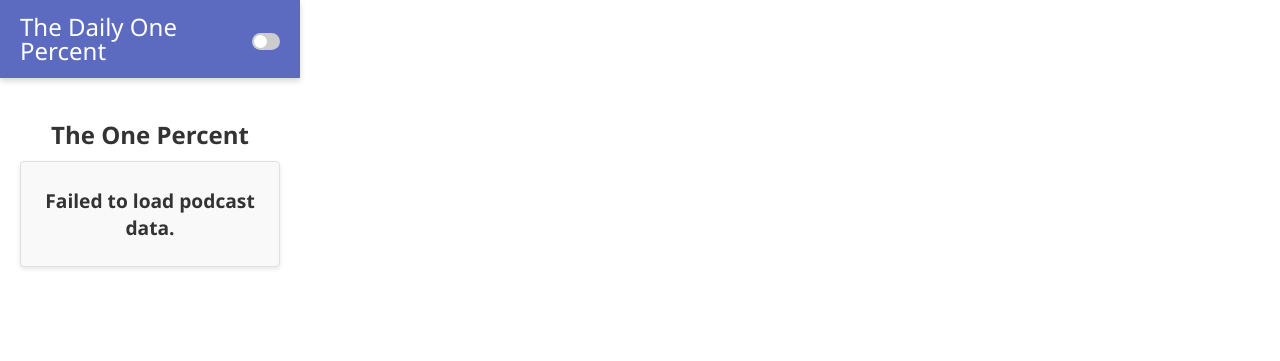
Repository: fechinmitchell/thedailyonepercent
Page: popup.html
The author's editor kept a copy of each file at every save. The page is drawn from the files as they stood at one save, then again after the next save.
The browser window is 1280 px wide. The pictures show the whole page.
The page's requests for data from a server got no answer.

Above is the page before, as saved 2023-12-22 11:08:51.

### popup.html
<!DOCTYPE html>
<html lang="en">
<head>
  <meta charset="UTF-8">
  <title>The Daily One Percent Extension</title>
  <link rel="stylesheet" type="text/css" href="popup.css">
</head>
<body>
  <!-- Header section with title and dark mode toggle -->
  <div class="header">
    <h1>The Daily One Percent</h1>
    <div class="toggle-switch">
      <input type="checkbox" id="dark-mode-checkbox" class="checkbox">
      <label class="slider round" for="dark-mode-checkbox"></label>
    </div>
  </div>

  <!-- Main content section -->
  <div class="content">
    <!-- Heading for the podcast points -->
    <h2 class="section-heading">The One Percent</h2>

    <!-- Podcast card content -->
    <div id="podcast-card">
      <!-- Podcast image -->
      <!-- Podcast title and points -->
      <div id="podcast"></div>
      <div id="podcast-points"></div>
    </div>
  </div>

  <script src="popup.js"></script>
</body>
</html>

### popup.css
/* General styles */
body {
  width: 300px;
  min-height: 300px;
  margin: 0;
  padding: 0;
  background-color: #fff;
  font-family: 'Segoe UI', Tahoma, Geneva, Verdana, sans-serif;
  color: #333;
  display: flex;
  flex-direction: column;
  border-radius: 8px;
  overflow: hidden;
}

/* Header styles */
.header {
  background-color: #5C6BC0; /* Pleasant purple header color */
  color: #fff;
  padding: 15px 20px;
  display: flex;
  justify-content: space-between; /* Align title and toggle switch */
  align-items: center; /* Align items vertically */
  box-shadow: 0 3px 6px rgba(0,0,0,0.16);
}

.header h1 {
  margin: 0;
  font-size: 1.5em;
  font-weight: normal;
  line-height: 1; /* Align with the toggle vertically */
}

/* Content area styles */
.content {
  padding: 20px;
  flex-grow: 1;
}

/* Podcast card styles */
#podcast-card {
  background-color: #f9f9f9;
  border: 1px solid #e0e0e0;
  border-radius: 4px;
  padding: 15px;
  text-align: center;
  box-shadow: 0 2px 4px rgba(0,0,0,0.1);
  margin-top: 10px;
}

#podcast-image {
  max-width: 100%;
  height: auto;
  border-radius: 4px;
  box-shadow: 0 2px 4px rgba(0,0,0,0.1);
  margin-bottom: 10px;
}

#podcast {
  font-size: 1.2em;
  color: #333;
  margin-top: 10px;
  font-weight: bold;
}

#podcast-points {
  font-size: 0.9em;
  color: #666;
  margin-top: 10px;
}

/* Toggle switch styles */
.toggle-switch {
  margin-left: auto; /* Pushes the toggle to the far right */
  width: 30px; /* Half the original width */
  height: 17px; /* Half the original height */
}

.checkbox {
  visibility: hidden;
}

.slider {
  position: relative;
  top: -20px;
  display: inline-block;
  width: 100%;
  height: 100%;
  background-color: #ccc;
  border-radius: 17px;
  transition: background-color 0.2s;
}

.slider:before {
  content: "";
  position: absolute;
  height: 13px; /* Half the original height */
  width: 13px; /* Half the original width */
  left: 2px;
  bottom: 2px;
  background-color: white;
  border-radius: 50%;
  transition: transform 0.2s;
}

.checkbox:checked + .slider {
  background-color: #2196F3;
}

.checkbox:checked + .slider:before {
  transform: translateX(13px); /* Half the original translation */
}

/* Dark mode specific styles */
.dark-mode {
  background-color: #263238;
  color: #B0BEC5;
}

.dark-mode .header {
  background-color: #37474F;
}

.dark-mode #podcast-card {
  background-color: #455A64;
  border-color: #546E7A;
}

.dark-mode #podcast-points {
  color: #CFD8DC;
}

.section-heading {
  font-size: 1.5em;
  color: #333;
  margin-top: 20px;
  margin-bottom: 10px;
  text-align: center;
}

### popup.js
// Function to toggle dark mode
function toggleDarkMode() {
    var body = document.body;
    body.classList.toggle('dark-mode'); // Toggle the .dark-mode class on the body

    // Save the current theme preference to local storage
    var isDarkMode = body.classList.contains('dark-mode');
    localStorage.setItem('theme', isDarkMode ? 'dark' : 'light');
  }

  // Set the initial theme on page load based on the saved preference
  document.addEventListener('DOMContentLoaded', function() {
    var darkModeCheckbox = document.getElementById('dark-mode-checkbox');
    var currentTheme = localStorage.getItem('theme');

    // Set the dark mode based on the saved setting
    if (currentTheme === 'dark') {
      document.body.classList.add('dark-mode');
      darkModeCheckbox.checked = true;
    }

    // Event listener for the dark mode toggle
    darkModeCheckbox.addEventListener('change', toggleDarkMode);

    // Fetch the podcast data and update the DOM
    var date = new Date();
    var dateString = date.toISOString().slice(0,10); // "YYYY-MM-DD"
    var podcastElement = document.getElementById('podcast');
    var podcastPointsElement = document.getElementById('podcast-points');

    fetch('https://raw.githubusercontent.com/fechinmitchell/thedailyonepercent/main/podcast-data.json')
      .then(response => response.json())
      .then(data => {
        var podcast = data[dateString];
        if (podcast && podcast.name && podcast.link && podcast.keyPoints) {
          var link = document.createElement('a');
          link.href = podcast.link;
          link.target = "_blank";
          link.innerText = podcast.name;
          podcastElement.appendChild(link);

          // Removed the line that sets the podcast image src
          podcastPointsElement.innerText = podcast.keyPoints;
        } else {
          podcastElement.innerText = 'No podcast for today.';
          // Removed the line that sets a placeholder image
        }
      })
      .catch(error => {
        console.error('Failed to parse podcast data', error);
        podcastElement.innerText = 'Failed to load podcast data.';
      });
  });

After the next save:
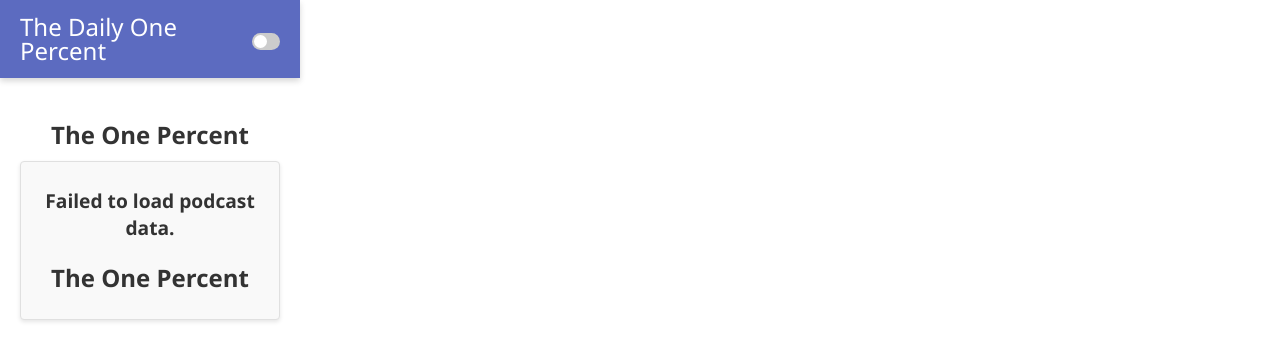
Saved 56 s later.
--- a/popup.html
+++ b/popup.html
@@ -25,6 +25,7 @@
       <!-- Podcast image -->
       <!-- Podcast title and points -->
       <div id="podcast"></div>
+      <h2 class="section-heading">The One Percent</h2>
       <div id="podcast-points"></div>
     </div>
   </div>
